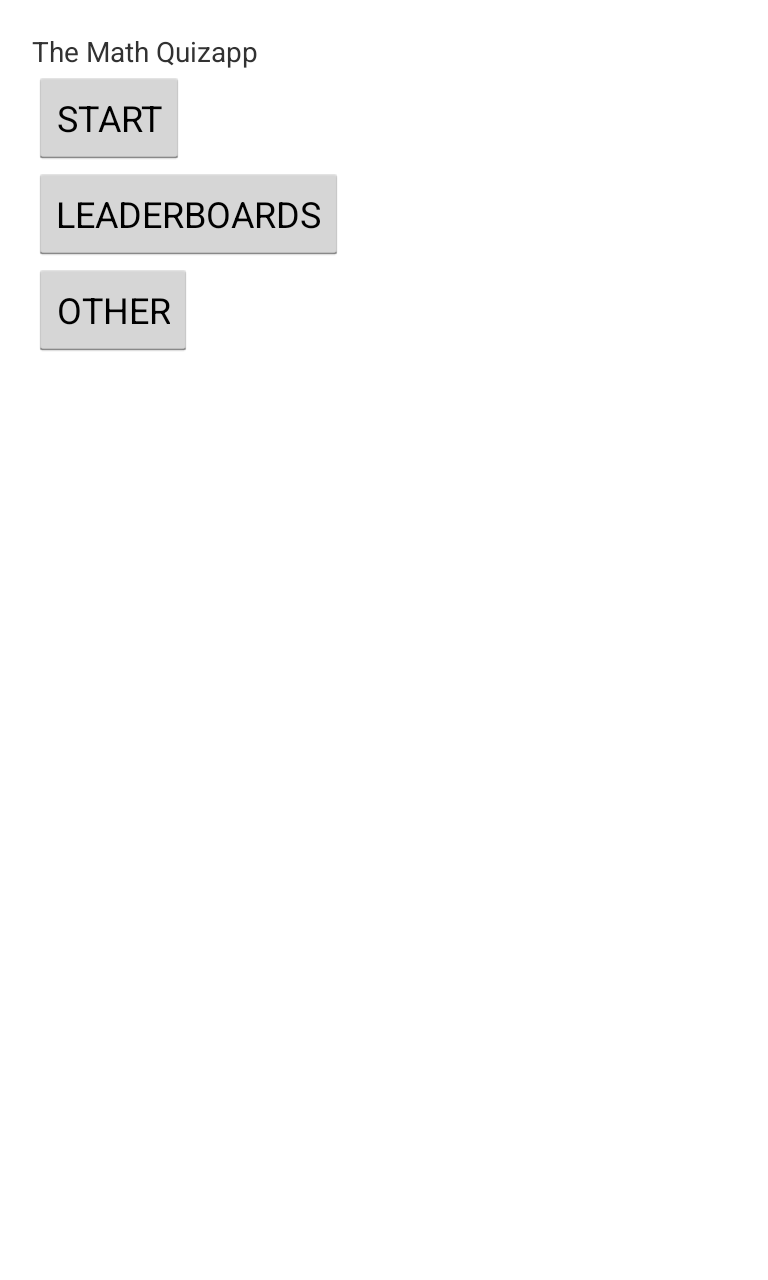
Repository: l2y/MathQuizApp
Layout: MathQuiz/res/layout/activity_start.xml
An editor plug-in stored every save of this project. The layout is shown before and after the next save, followed by the edit.
It is drawn on a 768 x 1280 px phone screen (xhdpi) without system bars, with theme AppTheme; the app's code is not run.

Above is the layout before, as saved 2014-04-08 00:44:49.

### MathQuiz/res/layout/activity_start.xml
<LinearLayout xmlns:android="http://schemas.android.com/apk/res/android"
    xmlns:tools="http://schemas.android.com/tools"
    android:layout_width="match_parent"
    android:layout_height="match_parent"
    android:paddingBottom="@dimen/activity_vertical_margin"
    android:paddingLeft="@dimen/activity_horizontal_margin"
    android:paddingRight="@dimen/activity_horizontal_margin"
    android:paddingTop="@dimen/activity_vertical_margin"
    tools:context=".StartActivity"
    android:orientation="vertical">

    <TextView
        android:layout_width="wrap_content"
        android:layout_height="wrap_content"
        android:text="@string/title"
        android:gravity="center_vertical"/>

    <Button
        android:layout_width="wrap_content"
        android:layout_height="wrap_content"
        android:text="@string/start"/>

    <Button
        android:layout_width="wrap_content"
        android:layout_height="wrap_content"
        android:text="@string/leaderboards"/>

    <Button
        android:layout_width="wrap_content"
        android:layout_height="wrap_content"
        android:text="@string/other"/>

</LinearLayout>

### MathQuiz/res/values/strings.xml
<?xml version="1.0" encoding="utf-8"?>
<resources>

    <string name="app_name">Brain Up Mathematics</string>
    <string name="action_settings">Settings</string>
    <string name="title">The Math Quizapp</string>
    <string name="title_activity_quiz">QuizActivity</string>
    <string name="holder_equation">9 x 9 = ?</string>

<!--     Button Names -->
	<string name="start">START</string>
	<string name="leaderboards">LEADERBOARDS</string>
	<string name="other">OTHER</string>

</resources>

Loaded but not shown: MathQuiz/res/values/styles.xml (common file); MathQuiz/res/values-v11/styles.xml (common file); MathQuiz/res/values-v14/styles.xml (common file); MathQuiz/res/values/dimens.xml (common file)

After the next save:
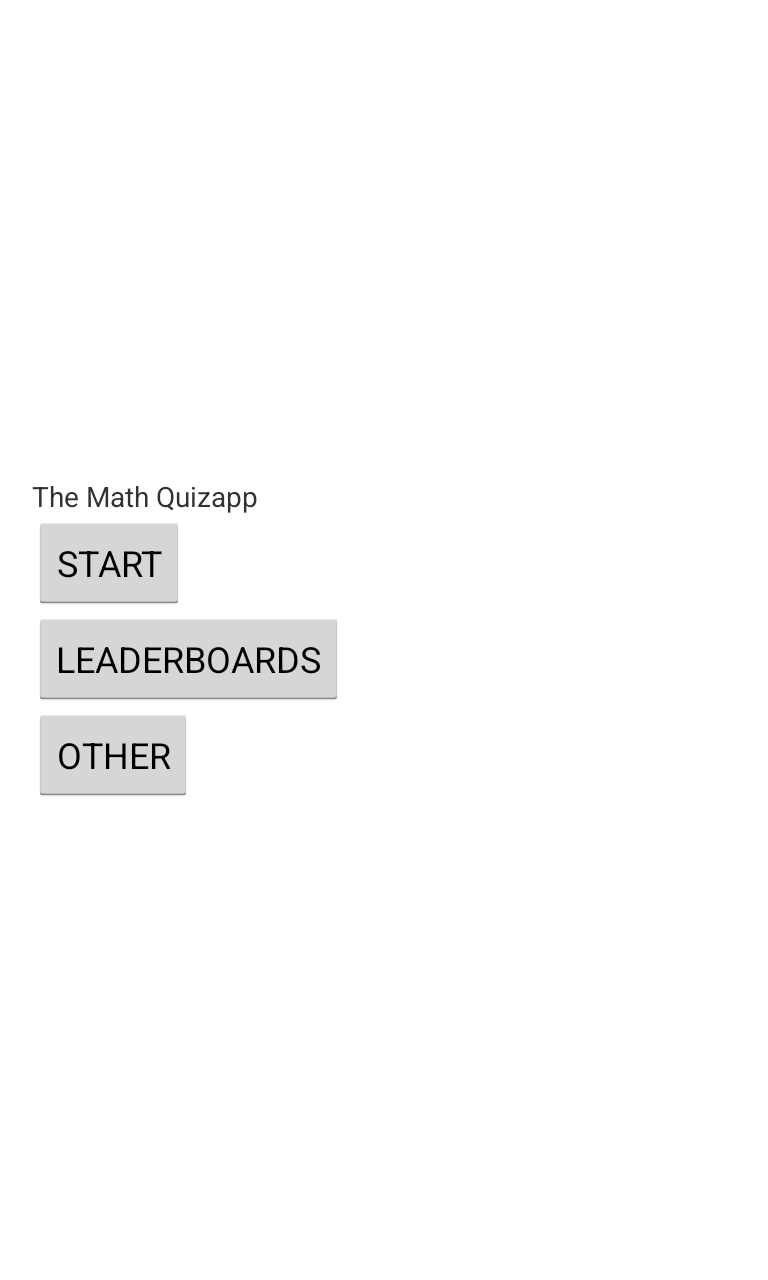
Saved 20 s later.
--- a/MathQuiz/res/layout/activity_start.xml
+++ b/MathQuiz/res/layout/activity_start.xml
@@ -7,7 +7,8 @@
     android:paddingRight="@dimen/activity_horizontal_margin"
     android:paddingTop="@dimen/activity_vertical_margin"
     tools:context=".StartActivity"
-    android:orientation="vertical">
+    android:orientation="vertical"
+    android:gravity="center_vertical">
 
     <TextView
         android:layout_width="wrap_content"
